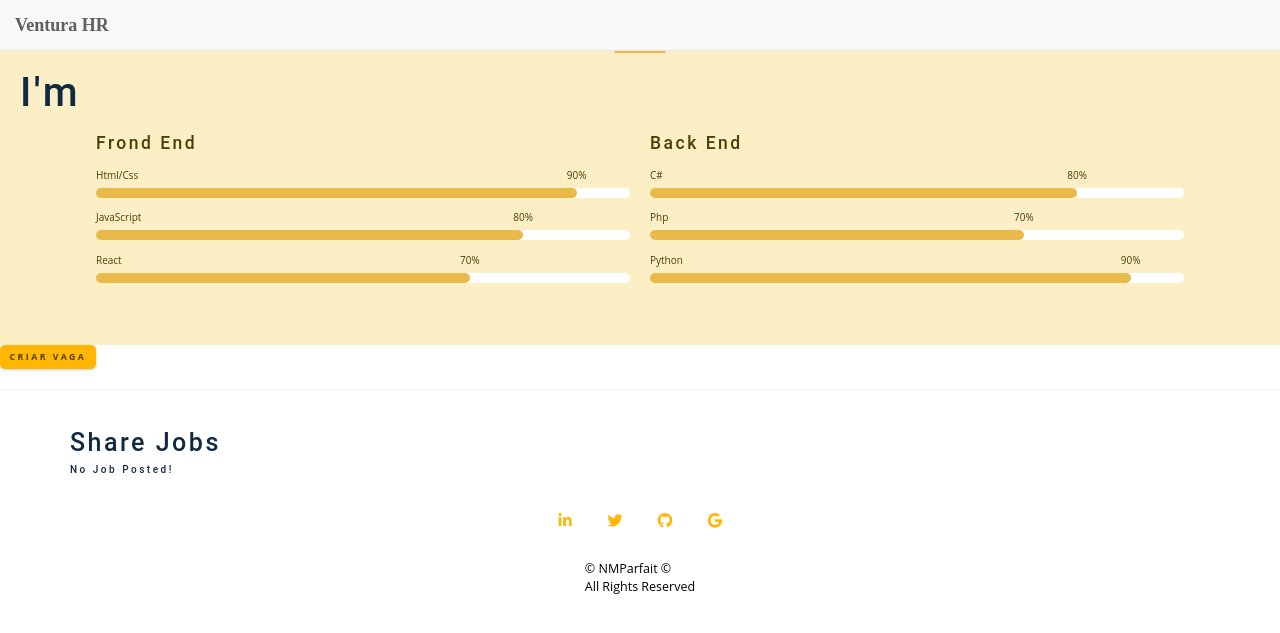
Repository: nmparfait/HumanResources-Ventura
Page: http://localhost/venturaWeb/WEB-INF/jsp/empresa/home.jsp
An editor plug-in stored every save of this project. The page is shown before and after the next save, followed by the edit.
The browser window is 1280 px wide. The pictures show the whole page.
Some web fonts or font styles are not loaded; a fallback is used. Some web libraries are served in a nearby version. The page is served by Tomcat 9. Nobody is signed in. The template is opened directly, without the code that normally fills it, so the values that code supplies are empty.

Above is the page before, as saved 2021-09-27 22:30:55.

After the next save:
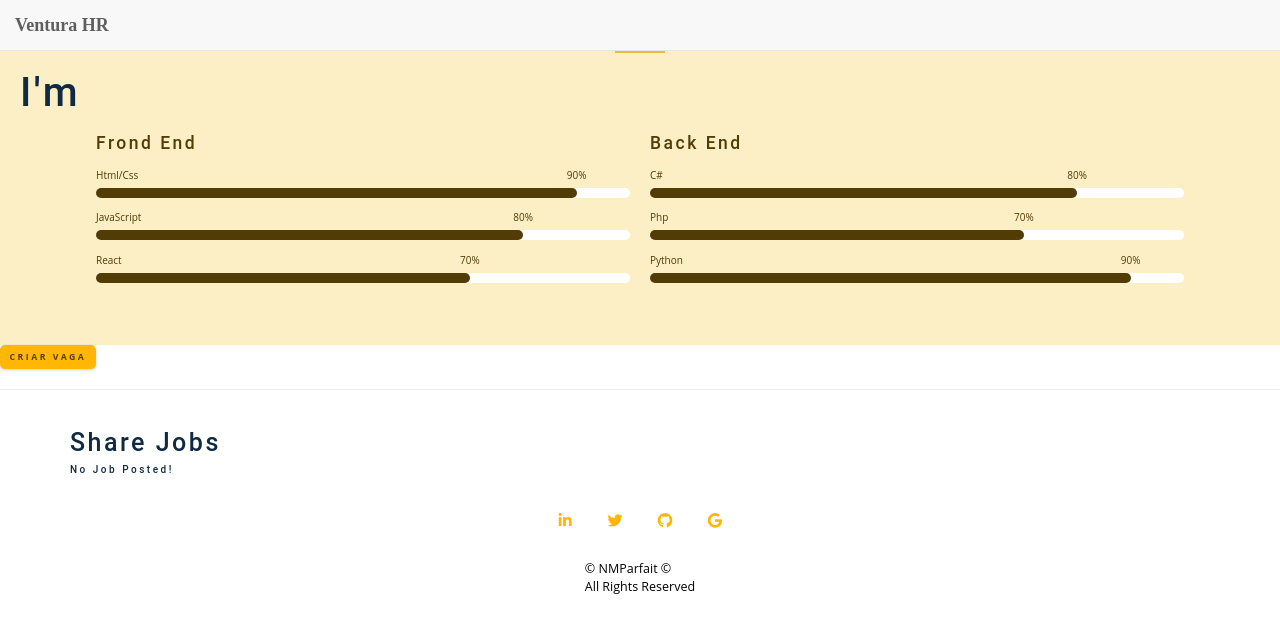
Saved 34 s later.
--- a/venturaWeb/src/main/webapp/css/empresa.css
+++ b/venturaWeb/src/main/webapp/css/empresa.css
@@ -43,7 +43,7 @@ Skills
   position: absolute;
   top: 0;
   left: 0;
-  background: var(--clr-primary-5);
+  background: var(--clr-primary-1);
   height: 100%;
   width: 50%;
   border-radius: var(--radius);
